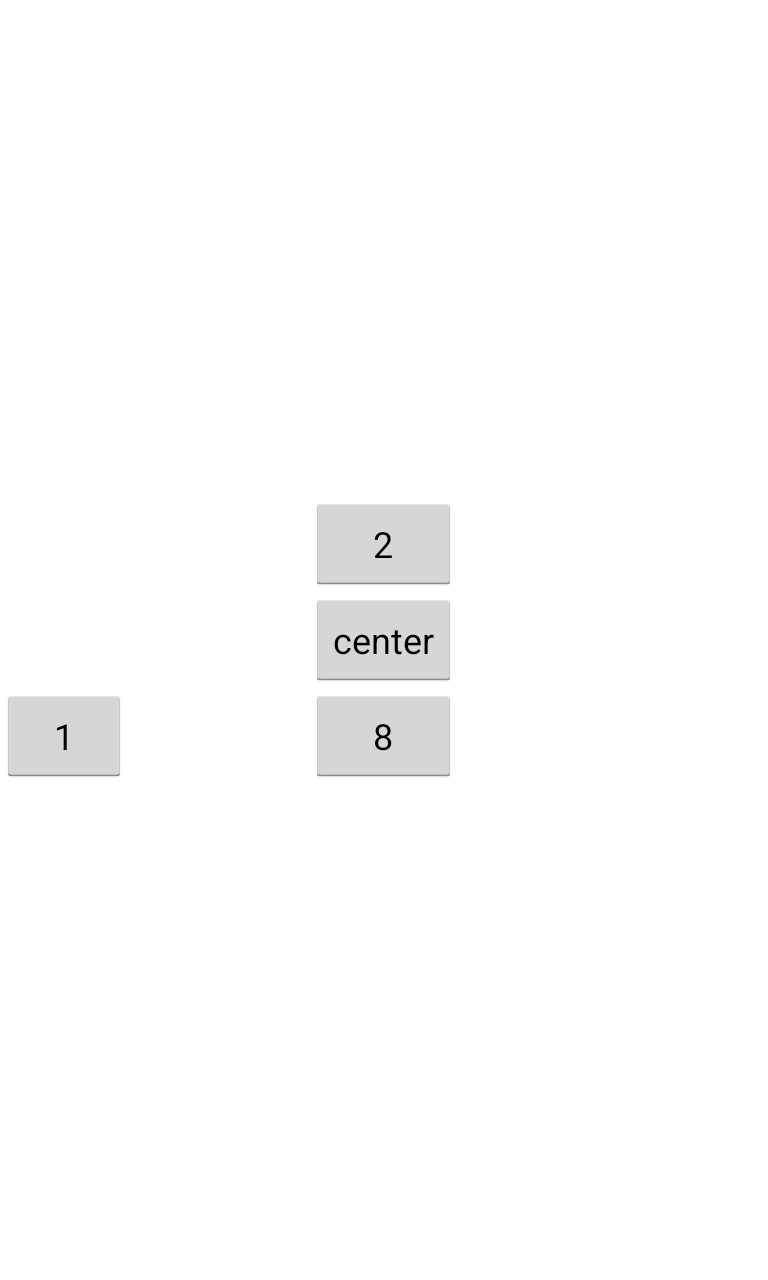
Repository: qwer2714856/Android_learn
Layout: relativeLayoutDeom/res/layout/activity_main.xml
An editor plug-in stored every save of this project. The layout is shown before and after the next save, followed by the edit.
It is drawn on a 768 x 1280 px phone screen (xhdpi) without system bars, with theme AppTheme; the app's code is not run.

Above is the layout before, as saved 2015-09-29 03:48:50.

### relativeLayoutDeom/res/layout/activity_main.xml
<RelativeLayout xmlns:android="http://schemas.android.com/apk/res/android"
    xmlns:tools="http://schemas.android.com/tools"
    android:layout_width="match_parent"
    android:layout_height="match_parent"
    tools:context="com.theadventus.relativelayoutdeom.MainActivity" >


    <Button
        android:layout_width="wrap_content"
        android:layout_height="wrap_content"
        android:text="center"
        android:id="@+id/a5"
        android:layout_centerInParent="true"
        />


    <Button
        android:layout_width="wrap_content"
        android:layout_height="wrap_content"
        android:text="2"
        android:id="@+id/a2"
        android:layout_alignLeft="@id/a5"
        android:layout_alignRight="@id/a5"
        android:layout_above="@id/a5"
        />


     <Button
        android:layout_width="wrap_content"
        android:layout_height="wrap_content"
        android:text="8"
        android:id="@+id/a8"
        android:layout_alignLeft="@id/a5"
        android:layout_alignRight="@id/a5"
        android:layout_below="@id/a5"
        />

     <Button
        android:layout_width="wrap_content"
        android:layout_height="wrap_content"
        android:text="1"
        android:id="@+id/a1"
        android:layout_below="@id/a5"
        />

</RelativeLayout>

Loaded but not shown: relativeLayoutDeom/res/values/styles.xml (common file); relativeLayoutDeom/res/values-v11/styles.xml (common file); relativeLayoutDeom/res/values-v14/styles.xml (common file)

After the next save:
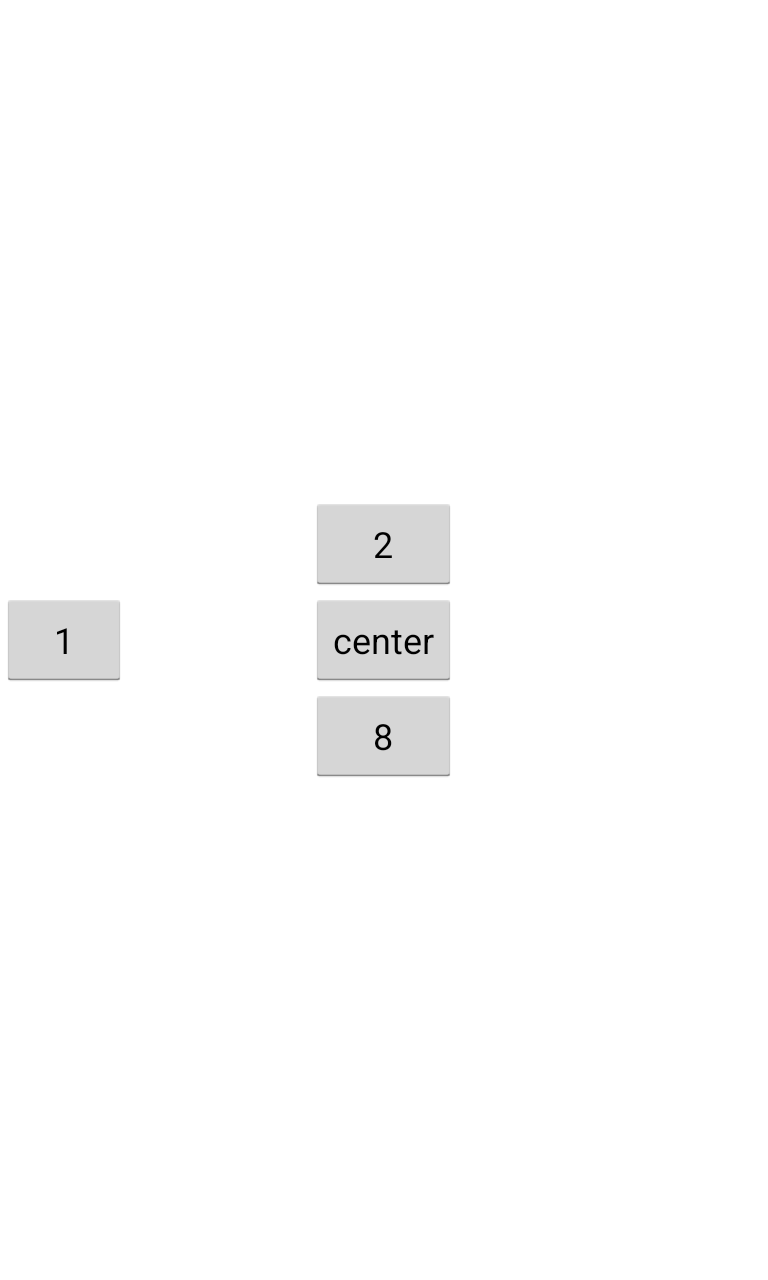
Saved 18 s later.
--- a/relativeLayoutDeom/res/layout/activity_main.xml
+++ b/relativeLayoutDeom/res/layout/activity_main.xml
@@ -40,7 +40,7 @@
         android:layout_height="wrap_content"
         android:text="1"
         android:id="@+id/a1"
-        android:layout_below="@id/a5"
+        android:layout_below="@id/a2"
         />
 
 </RelativeLayout>
